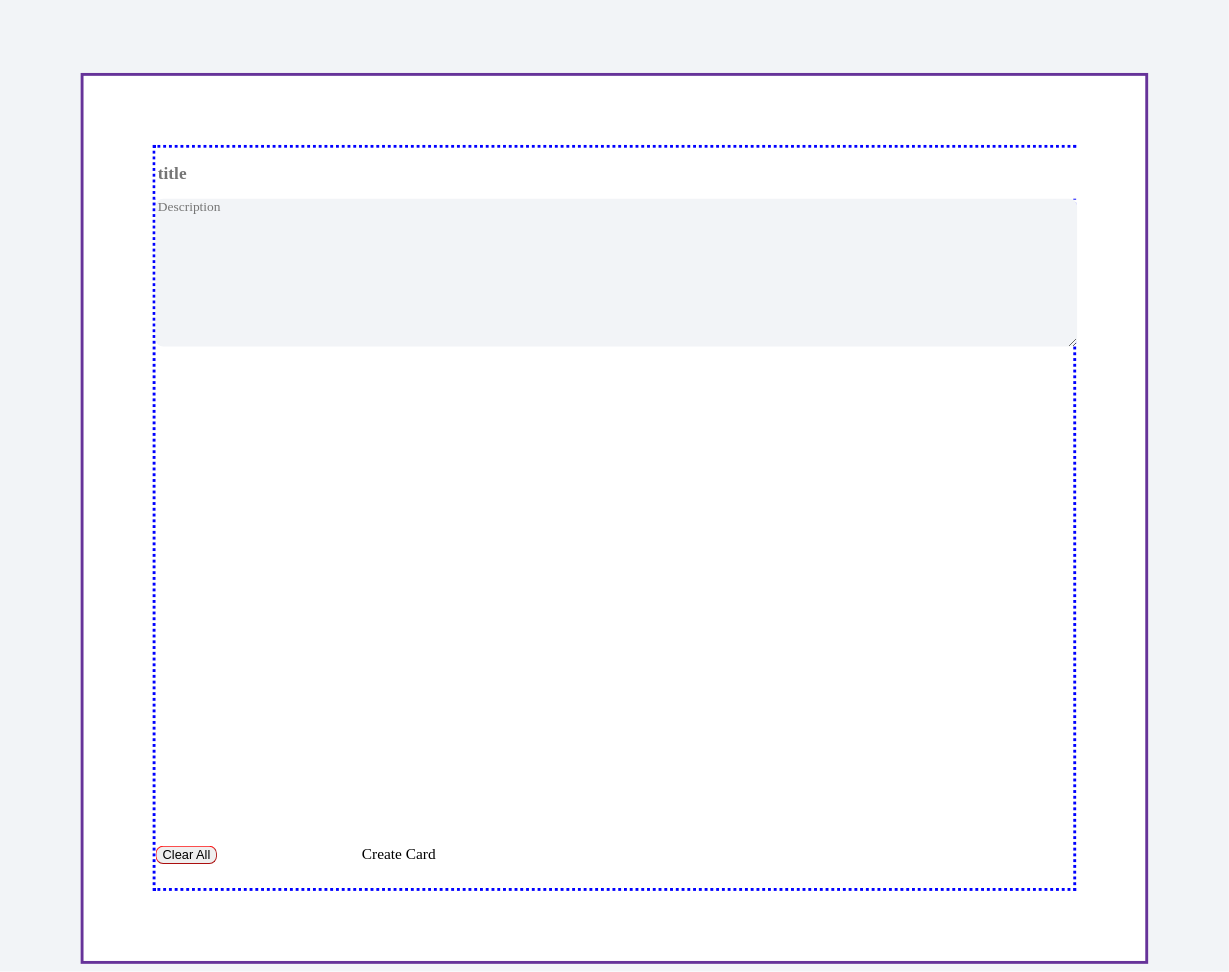
Repository: ReyhanehRahmani/TO-DO
Page: index.html
These files come from the project's save history. The page is drawn as it stood at one moment and after the next save; the edit follows.
The browser window is 1280 px wide. The pictures show the whole page, at 96% of full size.

Above is the page before, as saved 2025-06-07 22:34:28.

After the next save:
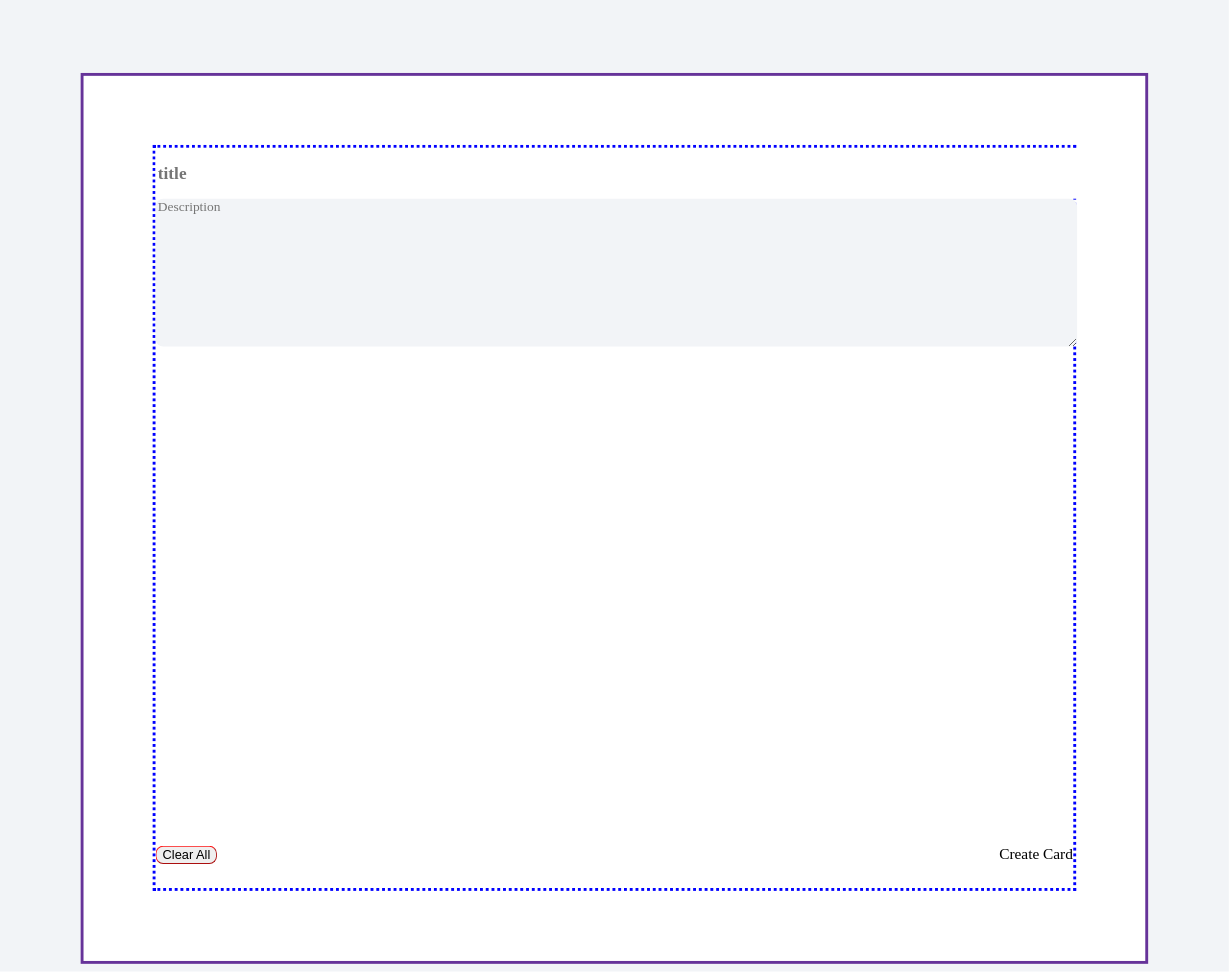
Saved 30 s later.
--- a/style.css
+++ b/style.css
@@ -56,9 +56,13 @@ body{
     display: flex;
     justify-content: space-between;
     gap: 100px;
+
+
+}
+
+#clear{
     width: 30.503144654%;
     height: 44px;
-
 }
 
 #clearbut{
